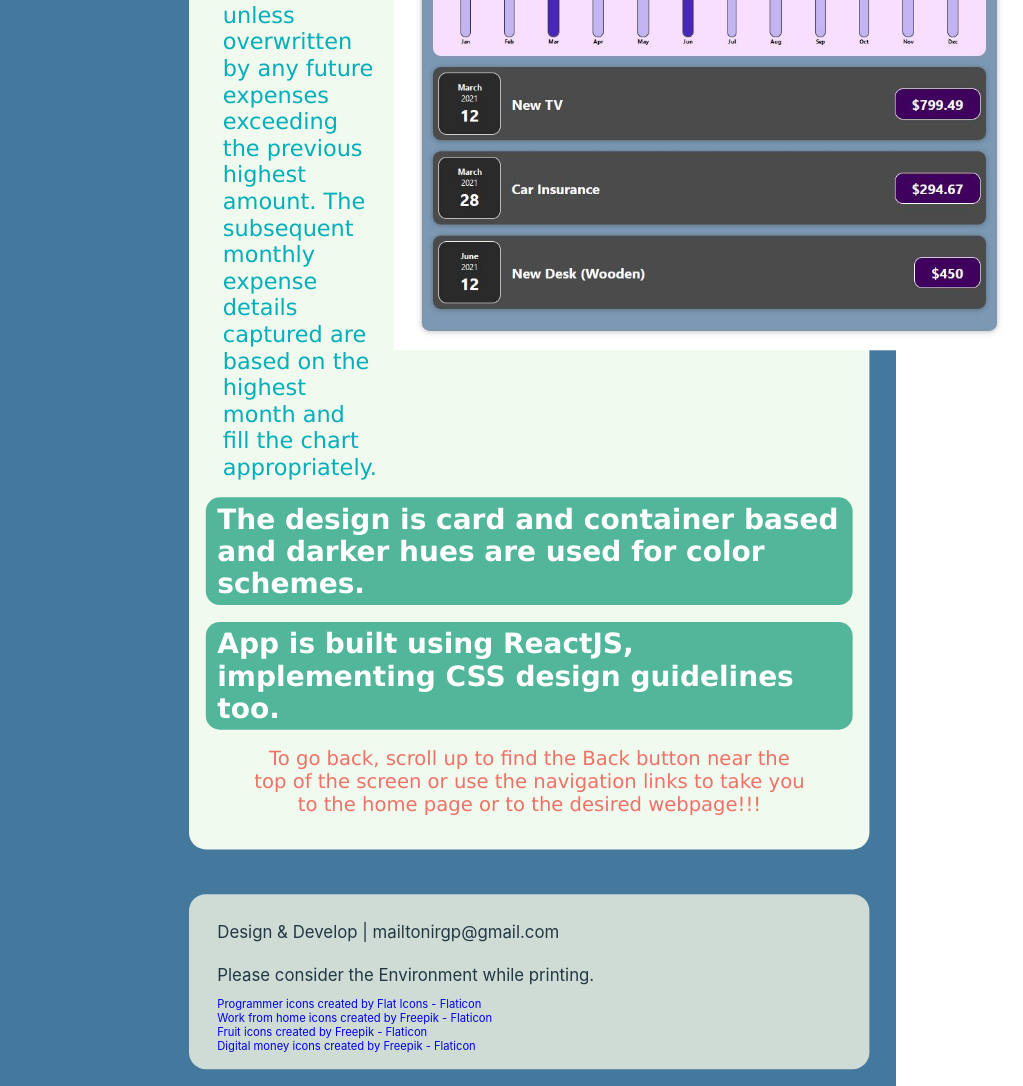
Repository: niranjangp/portfolioReact
Page: /cs-three
An editor plug-in stored every save of this project. The page is shown before and after the next save, followed by the edit.
The browser window is 1280 px wide. The page is 1462 px wide, so the pictures cover 1462 px, including what lies to the right of the window. The pictures show the part of the page from y = 3718 to 5398 px (the page is 5270 px tall before and 5398 px after), at 70% of full size.
The project was rebuilt for these pictures with package versions that can differ from the ones it lists, and the page was loaded fresh each time. Also part of the build but not shown: src/pages/enterDesign.jsx, src/pages/csOne.jsx, src/pages/csTwo.jsx, src/pages/notFound.jsx.

Above is the page before, as saved 2022-02-01 18:54:50.

### public/index.html
<!DOCTYPE html>
<html lang="en">
  <head>
    <meta charset="utf-8" />
    <!--<link rel="icon" href="%PUBLIC_URL%/favicon.ico" />-->
    <meta name="viewport" content="width=device-width, initial-scale=1" />
    <meta name="theme-color" content="#000000" />
    <meta
      name="description"
      content="Web site created using create-react-app"
    />
    <!--<link rel="apple-touch-icon" href="%PUBLIC_URL%/logo192.png" />-->
    <!--
      manifest.json provides metadata used when your web app is installed on a
      user's mobile device or desktop. See https://developers.google.com/web/fundamentals/web-app-manifest/
    -->
    <link rel="manifest" href="%PUBLIC_URL%/manifest.json" />
    <!--
      Notice the use of %PUBLIC_URL% in the tags above.
      It will be replaced with the URL of the `public` folder during the build.
      Only files inside the `public` folder can be referenced from the HTML.

      Unlike "/favicon.ico" or "favicon.ico", "%PUBLIC_URL%/favicon.ico" will
      work correctly both with client-side routing and a non-root public URL.
      Learn how to configure a non-root public URL by running `npm run build`.
    -->
    <title>Portfolio</title>
  </head>
  <body>
    <noscript>You need to enable JavaScript to run this app.</noscript>
    <div id="root"></div>
    <!--
      This HTML file is a template.
      If you open it directly in the browser, you will see an empty page.

      You can add webfonts, meta tags, or analytics to this file.
      The build step will place the bundled scripts into the <body> tag.

      To begin the development, run `npm start` or `yarn start`.
      To create a production bundle, use `npm run build` or `yarn build`.
    -->
  </body>
</html>

### src/index.css
body {
  margin: 0;
  font-family: -apple-system, BlinkMacSystemFont, 'Segoe UI', 'Roboto', 'Oxygen',
    'Ubuntu', 'Cantarell', 'Fira Sans', 'Droid Sans', 'Helvetica Neue',
    sans-serif;
  -webkit-font-smoothing: antialiased;
  -moz-osx-font-smoothing: grayscale;
  box-sizing: border-box;
}

code {
  font-family: source-code-pro, Menlo, Monaco, Consolas, 'Courier New',
    monospace;
}

p {
  margin: 0;
}

### src/App.js
import './App.css';

import { Route, NavLink, Switch, Redirect } from 'react-router-dom';
import EnterTheDesign from './pages/enterDesign';
import CSOne from './pages/csOne';
import CSTwo from './pages/csTwo';
import CSThree from './pages/csThree';
import NotFound from './pages/notFound';

function App() {
  const flatIconLink = "https://www.flaticon.com/free-icons/programmer";
  const wfhIconLink = "https://www.flaticon.com/free-icons/work-from-home";


  return (
    <div className='App'>
      <div className="containerOne">
        <nav className='navigation'>
          <div className='navDiv'>
            <NavLink activeClassName="nav-link active" className="nav-link" to="/enter-the-design">Take me Home!</NavLink>
          </div>
          <div className='navDiv'>
            <NavLink activeClassName="nav-link active" className="nav-link" to="/cs-one">Case Study Numero Uno</NavLink>
          </div>
          <div className='navDiv'>
            <NavLink activeClassName="nav-link active" className="nav-link" to="/cs-two">Case t'w'o Study</NavLink>
          </div>
          <div className='navDiv'>
            <NavLink activeClassName="nav-link active" className="nav-link" to="/cs-three">Case Study the 3rd</NavLink>
          </div>
          <div className='navDiv'>
            <NavLink activeClassName="nav-link active" className="nav-link" to="/cs-four">Case Study IV</NavLink>
          </div>
        </nav>
        <main className='mainOne'>
          <Switch>
            <Route exact path="/" ><Redirect to="/enter-the-design" /></Route>
            <Route path="/enter-the-design" ><EnterTheDesign /></Route>
            <Route exact path="/cs-one" ><CSOne /></Route>
            <Route exact path="/cs-two" ><CSTwo /></Route>
            <Route exact path="/cs-three"><CSThree /></Route>

            <Route path="*"><NotFound /></Route>
          </Switch>
          {/*<div className='firstRow'>
            <div className="width-60">
              <p className='fr-info'>NIRANJAN G P, IS A UI DEVELOPER AT DELOITTE USI</p>
            </div>
            <div className="width-40 img-block">
              <img src={avatarIcon} alt="avatar-icon" className='avtr-img' />
            </div>
          </div>
          <div className='sec-row'>
            <p>Hi, this is Niranjan.</p>
            <p>I Joined Deloitte USI as a campus recruit. Since then I've been part of many innovative and high-intensity projects, coordinating between multiple virtual teams to help complete client deliverables.</p>
            <p>I've been part of the FRONT-END community since 2017 and constantly learning and developing UI and gradually having a go at UX design parallely.</p>
            <p>Currently based in Bengaluru, I have a big love for travel and adventure, also keeping in mind to do my bit to conserve the environment.</p>
            <p>Thanks for stopping by.</p>
          </div>*/}

        </main>
        <footer>
          <div className='footer-info'>
            {/*<p>Niranjan G P</p>*/}
            <p>Design & Develop    |   mailtonirgp@gmail.com</p>
            <p>Please consider the Environment while printing.</p>
          </div>
          <div className='credits'>
            <a href={flatIconLink} title="programmer icons">Programmer icons created by Flat Icons - Flaticon</a>
            <a href={wfhIconLink} title="work from home icons">Work from home icons created by Freepik - Flaticon</a>
            <a href="https://www.flaticon.com/free-icons/fruit" title="fruit icons">Fruit icons created by Freepik - Flaticon</a>
            <a href="https://www.flaticon.com/free-icons/digital-money" title="digital money icons">Digital money icons created by Freepik - Flaticon</a>
          </div>
        </footer>
      </div>

    </div>
  );
}

export default App;

### src/App.css
.containerOne {
  background-color: #45789d;
  padding: 24px;
  position: relative;
}

.mainOne {
  width: 75%;
  margin-left: 20%;
  background-color: #F1FAEE;
  height: 100%;
  border-radius: 1.5rem;
  padding: 24px;
}

.navigation {
  position: absolute;
  top: 24px;
  left: 24px;
  width: 15%;
  height: 660px;
  background-color: #F1FAEE;
  border-radius: 1.5rem;
  padding: 64px 24px 24px;
}

.navDiv {
  padding: 16px 0;
  text-align: center;
}

.nav-link {
  font-size: 24px;
  text-decoration: none;
  color: #1d3557;
}

.nav-link.active {
  color: #2a9d8f;
  font-weight: bold;
  border-bottom: 4px solid #2a9d8f;
}

.fr-info {
  font-size: 3rem;
  font-family: 'Gill Sans', 'Gill Sans MT', Calibri, 'Trebuchet MS', sans-serif;
  padding: 24px 24px 24px 48px;
  color: #1d3557;
}

.firstRow {
  display: flex;
  align-items: center;
  padding: 64px 0;
}

.width-60 {
  width: 60%;
}

.width-40 {
  width: 40%;
}

.fullWidth {
  width: 100%;
}

.img-block {
  text-align: center;
}

.sec-row {
  background-color: #1d3557;
  color: #f1faee;
  border-radius: 0.75rem;
  padding: 64px;
  font-family: 'Lucida Sans', 'Lucida Sans Regular', 'Lucida Grande', 'Lucida Sans Unicode', Geneva, Verdana, sans-serif;
  font-size: 28px;
  text-align: justify;
}

.sec-row p {
  padding: 16px;
}

.centered {
  margin: 3rem auto;
  text-align: center;
  display: flex;
  justify-content: center;
  align-items: center;
}

.linkSel {
  text-decoration: underline;
  font-weight: bold;
}

.third-row {
  display: flex;
  flex-wrap: wrap;
  padding: 96px 24px 0;
}

.card-box {
  width: 50%;
  text-align: center;
  height: 600px;
}

.card {
  width: 400px;
  height: 450px;
  background-color: #ffddd2;
  border-radius: 20px;
  box-shadow: 4px 4px 4px 4px rgba(0, 0, 0, 0.2);
  margin: 3rem auto;
  flex-grow: 1;
  flex-shrink: 1;
  transition: width 500ms ease 0s;
}

.card:hover {
  box-shadow: 4px 4px 4px 8px rgba(0, 0, 0, 0.2);
  width: 420px;
  height: 470px;
  cursor: pointer;
}

.card a {
  text-decoration: none;
}

.card p {
  font-size: 32px;
  padding: 24px;
  color: #1d3557;
  font-family: Verdana, Geneva, Tahoma, sans-serif;
}

.card-icon {
  width: 256px;
  margin-top: 40px;
}

.intro-cs {
  text-align: center;
  font-size: 40px;
  color: #1d3557;
  font-family: 'Trebuchet MS', 'Lucida Sans Unicode', 'Lucida Grande', 'Lucida Sans', Arial, sans-serif;
}

footer {
  width: 75%;
  margin-left: 20%;
  background-color: #cfdbd5;
  height: 100%;
  border-radius: 1.5rem;
  padding: 24px;
  margin-top: 64px;
  color: #223843;
}

.footer-info {
  font-size: 1.5rem;
}

.footer-info p {
  padding: 1rem;
}

.credits {
  padding-left: 16px;
}

.credits a {
  text-decoration: none;
  display: block;
}

.csOne {
  min-height: 660px;
  height: 100%;
  color: #1d3557;
}

.backLink {
  font-size: 28px;
  font-weight: bold;
  padding: 16px 16px 16px 24px;
}

.backLink a {
  text-decoration: none;
  color: #1d3557;

}

.csOneHeader, .csTwoHeader, .cs3Header {
  font-size: 40px;
  padding: 16px 16px 32px 24px;
}

.csOneBody {
  padding: 0 24px;
}

.csOneH {
  font-size: 32px;
  padding-bottom: 8px;
  border-bottom: 2px solid #1d3557;
  margin-bottom: 16px;
  display: inline-block;
}

.csOneC {
  font-size: 28px;
}

.pd-bt {
  padding-bottom: 48px;
}

.pd-bt-small {
  padding-bottom: 24px;
}

.clrp {
  width: 100px;
  height: 40px;
  border-top-right-radius: 20px;
  border-bottom-right-radius: 20px;
  margin-right: 24px;
}

.fir {
  background-color: #0070D2;
}

.sec {
  background-color: #16325C;
}

.thi {
  background-color: #526173;
}

.fou {
  font-family: sans-serif;
  padding-right: 24px;
}

.dp-flx {
  display: flex;
  margin: 16px 40px;
  align-items: center;
}

.flx-bx {
  display: flex;
  align-items: center;
  justify-content: space-evenly;
  margin-bottom: 48px;
}

.flx-bx div {
  font-size: 32px;
}

.mrDesk {
  width: 800px;
}

.last-text {
  font-size: 28px;
  color: #f07167;
  margin: 0 64px 24px;
  text-align: center;
}

.csTwo {
  font-family: 'Franklin Gothic Medium', 'Arial Narrow', Arial, sans-serif;
}

.csTwoHeader {
  color: #e76f51;
}

.csTwoPara {
  color: #0081a7;
  font-size: 28px;
  padding-bottom: 8px;
}

.padd-div {
  padding: 16px 24px 56px;
}

.csTwoRowTwo {
  color: #c81d25;
  font-size: 32px;
  padding-bottom: 16px;
  border-bottom: 2px solid #c81d25;
  margin-bottom: 48px;
}

.textCen {
  text-align: center;
}

.screenName {
  font-size: 24px;
  width: 80%;
  margin: 0 auto;
  margin-bottom: 0px;
  background-color: #284b63;
  color: #fff;
  border-top-left-radius: 12px;
  border-top-right-radius: 12px;
  padding: 8px 0;
}

.scrIcon {
  width: 80%;
  margin: 8px 0 64px;
}

.cs3 {
  font-family: 'Lucida Sans', 'Lucida Sans Regular', 'Lucida Grande', 'Lucida Sans Unicode', Geneva, Verdana, sans-serif;
}

.cs3Header {
  color: #006d77;
  border-bottom: 2px solid #006d77;
  display: inline-block;

}


.right-content {
  text-align: right;
  margin: 64px 0;
}

.exp-para {
  font-size: 40px;
  display: inline-block;
  background-color: #52b69a;
  padding: 8px 16px;
  border-radius: 20px;
  color: #fff;
  font-weight: bold;
  margin-bottom: 24px;
}

.exp-header {
  display: inline-block;
  font-size: 40px;
  color: #14746f;
  padding-bottom: 8px;
  border-bottom: 2px dotted #14746f;
  margin-bottom: 8px;
}

.flexExp {
  display: flex;
  align-items: center;
  justify-content: space-around;
}

.iconText {
  padding: 24px;
  font-size: 32px;
  color: #00afb9;
}

.expIcon {
  margin :64px 0;
  width: 900px;
}
/*.containerOne {
  background-color: #F1FAEE;
}
.mainOne {
  background-color: #a8dadc;
  width: 75%;
  margin-left: 20%;
  /-*background-color: #45789d;*-/
  height: 660px;
}

.p1 {
  color: #1d3557;
}
.p2 {
  color: #f1faee;
}*/

/*.App-logo {
  height: 40vmin;
  pointer-events: none;
}

@media (prefers-reduced-motion: no-preference) {
  .App-logo {
    animation: App-logo-spin infinite 20s linear;
  }
}

.App-header {
  background-color: #282c34;
  min-height: 100vh;
  display: flex;
  flex-direction: column;
  align-items: center;
  justify-content: center;
  font-size: calc(10px + 2vmin);
  color: white;
}

.App-link {
  color: #61dafb;
}*/

@keyframes App-logo-spin {
  from {
    transform: rotate(0deg);
  }

  to {
    transform: rotate(360deg);
  }
}

### src/pages/csThree.jsx
import React from 'react';
import { Link } from 'react-router-dom';
import ExpHome from '../assets/expHome.JPG';
import AddExp from '../assets/addExp.JPG';
import SingleExp from '../assets/singleExp.JPG';
import MultiExp from '../assets/multiExp.JPG'


const csThree = () => {
    return (
        <div className='cs3'>
            <div className="backLink"><Link to="/enter-the-design">{'< Back'}</Link></div>
            <div className='cs3Header'>Expense App we all need!!!</div>
            <div className="exp-body">
                <div className="right-content">
                    <p className="exp-para">The Expense Tracker we all need.</p>
                    <p className="exp-para">One App to calculate yearly spends on products and commodities.</p>
                    <p className="exp-para">Get analysis on monthly expenditures calculated based on the highest expense for that year.</p>
                </div>
                <div>
                    <div className="exp-header">Working View</div>
                    <div className="flexExp"><div className="iconText">The Home Page of the Expense app to add and view expense details.</div><img src={ExpHome} alt="expense-home" className="expIcon"/></div>
                    <div className="flexExp"><div className="iconText">The details to be filled include the name of the expense, the amount and the date of the expense incurred.</div><img src={AddExp} alt="add-expense"  className="expIcon" /></div>
                    <div className="flexExp"><div className="iconText">Screen when there is only one Expense entry for a particular month, capturing the when, how much and the monthly chart of the expenses captured.</div><img src={SingleExp} alt="single-exp" className="expIcon" /></div>
                    <div className="flexExp"><div className="iconText">Screen when multiple expense items are entered with the highest amount in a particular month accounted in a year to be the highest amount in the chart, unless overwritten by any future expenses exceeding the previous highest amount. The subsequent monthly expense details captured are based on the highest month and fill the chart appropriately.</div><img src={MultiExp} alt="multi-exp" className="expIcon" /></div>
                </div>
                <div>
                    <p className="exp-para">The design is card and container based and darker hues are used for color schemes.</p>
                    <p className="exp-para">App is built using ReactJS, implementing CSS design guidelines too.</p>
                </div>
            </div>
            <div className="last-text">To go back, scroll up to find the Back button near the top of the screen or use the navigation links to take you to the home page or to the desired webpage!!!</div>
        </div>
    )
};

export default csThree;

Loaded but not shown: src/index.js (common file); src/reportWebVitals.js (common file)

After the next save:
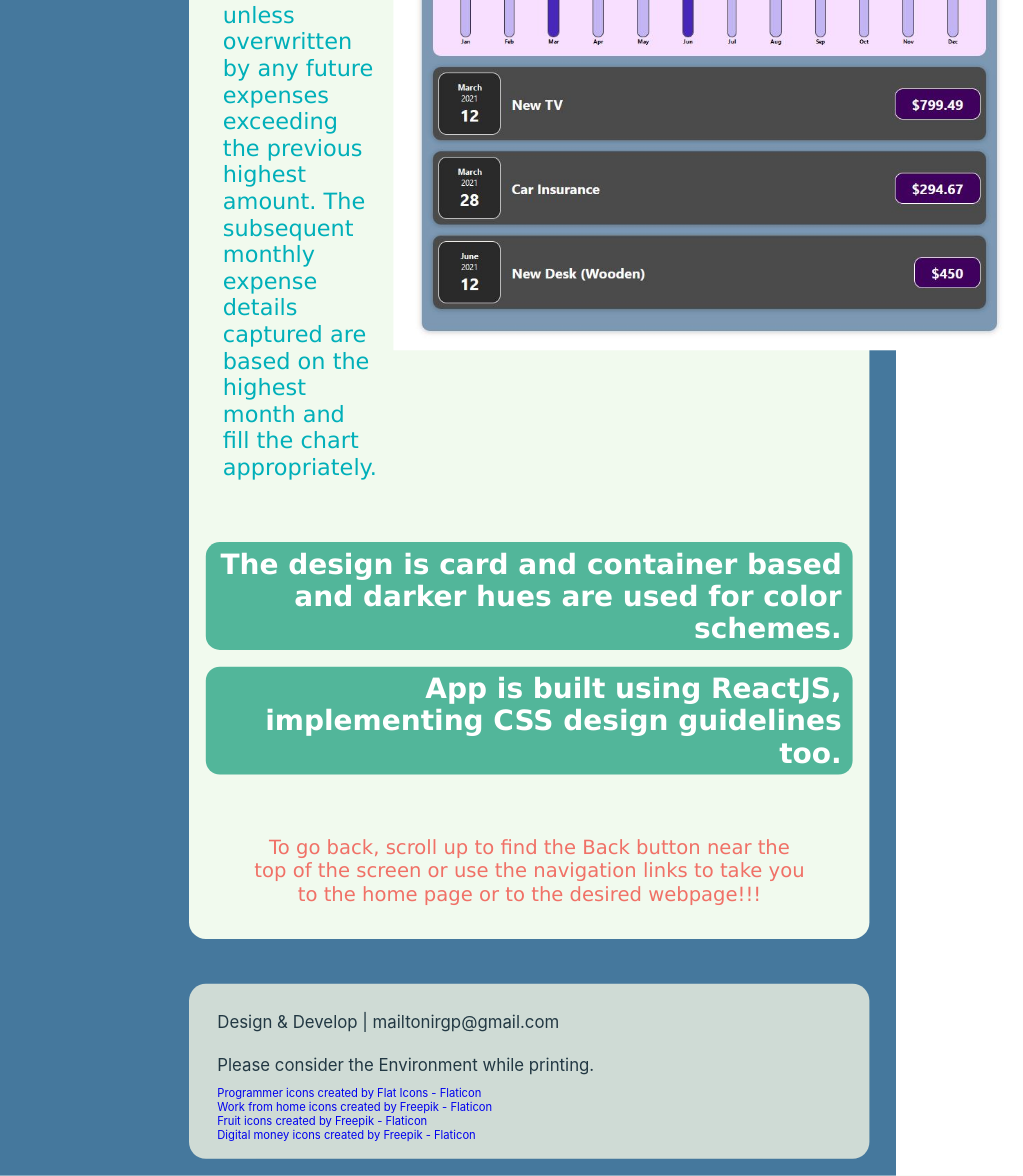
Saved 61 s later.
--- a/src/pages/csThree.jsx
+++ b/src/pages/csThree.jsx
@@ -24,7 +24,7 @@ const csThree = () => {
                     <div className="flexExp"><div className="iconText">Screen when there is only one Expense entry for a particular month, capturing the when, how much and the monthly chart of the expenses captured.</div><img src={SingleExp} alt="single-exp" className="expIcon" /></div>
                     <div className="flexExp"><div className="iconText">Screen when multiple expense items are entered with the highest amount in a particular month accounted in a year to be the highest amount in the chart, unless overwritten by any future expenses exceeding the previous highest amount. The subsequent monthly expense details captured are based on the highest month and fill the chart appropriately.</div><img src={MultiExp} alt="multi-exp" className="expIcon" /></div>
                 </div>
-                <div>
+                <div className="right-content">
                     <p className="exp-para">The design is card and container based and darker hues are used for color schemes.</p>
                     <p className="exp-para">App is built using ReactJS, implementing CSS design guidelines too.</p>
                 </div>
